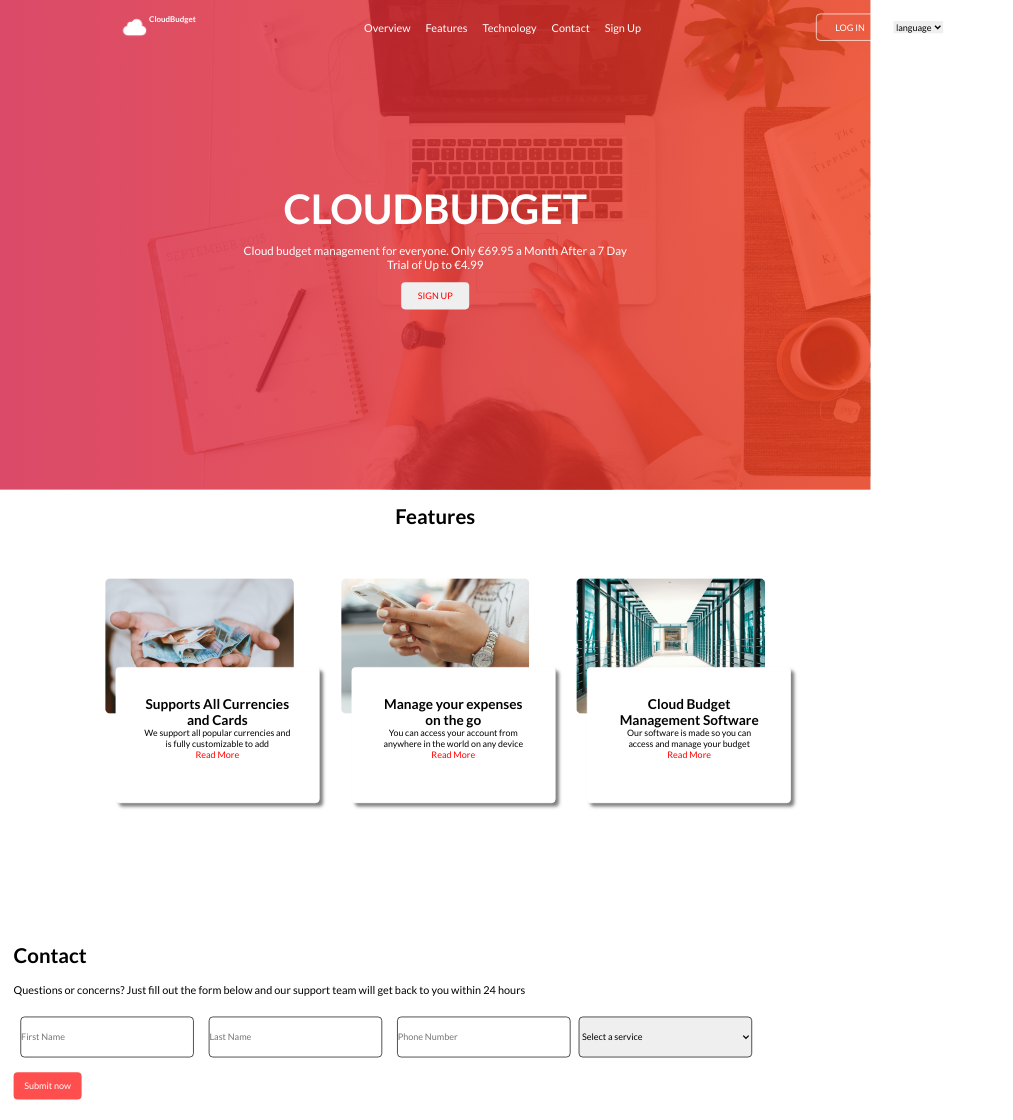
Repository: havvanurrana/website3
Page: index.html
The author's editor kept a copy of each file at every save. The page is drawn from the files as they stood at one save, then again after the next save.
The browser window is 1280 px wide. The page is 1490 px wide, so the pictures cover 1490 px, including what lies to the right of the window. The pictures show the whole page, at 68% of full size.

Above is the page before, as saved 2024-08-01 20:46:56.

### index.html
<!DOCTYPE html>
<html lang="tr">
  <head>
    <meta charset="UTF-8" />
    <meta name="viewport" content="width=device-width, initial-scale=1.0" />
    <title>CloudBudget</title>
    <link rel="stylesheet" href="style.css" />
    <link
      rel="stylesheet"
      href="https://cdnjs.cloudflare.com/ajax/libs/font-awesome/6.5.2/css/all.min.css"
      integrity="sha512-SnH5WK+bZxgPHs44uWIX+LLJAJ9/2PkPKZ5QiAj6Ta86w+fsb2TkcmfRyVX3pBnMFcV7oQPJkl9QevSCWr3W6A=="
      crossorigin="anonymous"
      referrerpolicy="no-referrer"
    />
    <link
      href="https://fonts.googleapis.com/css2?family=Lato:wght@400;700&display=swap"
      rel="stylesheet"
    />
  </head>
  <body>
    <section class="overview-section">
        <div class="linear-gradient"></div>
        <div class="content">
            <h3>CLOUDBUDGET</h3>
            <p>
                Cloud budget management for everyone. Only €69.95 a Month After a 7
                Day Trial of Up to €4.99
            </p>
            <button>SIGN UP</button>
        </div>
    </section>
    <header class="header-menu">
        <div class="markaamblem">
            <img src="assets/cloud.png" />
            <h3>CloudBudget</h3>
        </div>
        <nav class="navbar">
            <a href="#" class="navbarsect">Overview</a>
            <a href="#" class="navbarsect">Features</a>
            <a href="#" class="navbarsect">Technology</a>
            <a href="#" class="navbarsect">Contact</a>
            <a href="#" class="navbarsect">Sign Up</a>
        </nav>
        <div class="buttons">
            <button>LOG IN</button>
            <button>
                <select id="language" name="language">
                    <option value="">language</option>
                    <option value="uk">UK</option>
                    <option value="turk">Turkish</option>
                    <option value="sp">Spanish</option>
                    <option value="fr">French</option>
                </select>
            </button>
                <div class="toggle-menu">
                    <button>
                        <i class="fas fa-bars"></i>
                    </button>
                </div>
        </div>
    </header>

    <!--features kısmı -->
    <div class="featureshead">
        <h1>Features</h1>
    </div>
    <div class="features">
        <div class="featuressection">
            <div class="img">
                <img src="../assets/money.png" />
            </div>
            <div class="featurescard">
                <div>
                    <h1>Supports All Currencies and Cards</h1>
                </div>
                <div>
                    <p>
                        We support all popular currencies and is fully customizable to add
                    </p>
                </div>
                <button>Read More</button>
            </div>
      </div>
      <div class="featuressection">
          <div>
                <div class="img">
                    <img src="../assets/hand.png" />
                </div>
                <div class="featurescard">
                    <h1>Manage your expenses on the go</h1>
                        <p>
                          You can access your account from anywhere in the world on any
                          device
                        </p>
                    <button>Read More</button>
                </div>
            </div>
      </div>
          <div class="featuressection">
              <div>
                    <div class="img">
                        <img src="../assets/building.png" />
                    </div>
                    <div class="featurescard">
                          <h1>Cloud Budget Management Software</h1>
                          <p>Our software is made so you can access and manage your budget</p>
                          <button>Read More</button>
                    </div>
              </div>
          </div>
    </div>
    <!--contact kısmı-->
    <section >
        <div class="contact">
        <div class="contact-text">
            <h1>Contact</h1>
            <br><br>
            <p>
              Questions or concerns? Just fill out the form below and our support
              team will get back to you within 24 hours
            </p>
        </div>
        <div class="input">
            <input
            type="text"
            id="username"
            name="username"
            placeholder="First Name"
            />
            <input
            type="text"
            id="username"
            name="username"
            placeholder="Last Name"
            />
            <input
            type="text"
            id="username"
            name="username"
            placeholder="Phone Number"
            />

            <select id="service" name="service">
            <option value="">Select a service</option>
            <option value="service1">Service 1</option>
            <option value="service2">Service 2</option>
            <option value="service3">Service 3</option>
            <option value="service4">Service 4</option>
            </select>
            <br><br>
            <button>Submit now</button>
        </div>
    </div>
    </section>
    <script>
    </script>
  </body>
</html>

### style.css
/* genel*/
*{
   margin:0;
   padding: 0;
   box-sizing: border-box;
   outline: none;
   border: none;
   text-decoration: none;
   font-family: Lato;
}

html {
    font-size: 62.5%;
    overflow-x: hidden;
    scroll-behavior: smooth;
    scroll-padding-top: 9rem ;
 }
h1{
   font-size: 30px;
}
 /* header menu ve  amblem ve ilk ekran cssleri*/

.markaamblem{
   display: flex;
   justify-content: flex-start;
   color: white;
}

.header-menu{
   width: 1400px;
   display: flex;
   justify-content: space-between;
   align-items: center ;
   padding: 0 7%;
   margin: 2rem 7%;
   z-index: 3;
   top: 0;
   position:absolute;
}
.header-menu .markaamblem img{
   height: 4rem;
}
.header-menu .navbar a{
   margin: 0 1rem;
   font-size: 1.6rem;
   color: white;
   z-index: 2;
}
  .header-menu button{
   border: 1px , solid, rgb(255, 255, 255);
   border-radius: 6px;
   color:rgb(255, 255, 255);
   width: 100px;
   height: 40px;
   gap: 0px;
   background-color: transparent;
}
 .header-menu .buttons{
   padding-left: 10px;
   left: 1000px;
   display: flex;
   justify-content: flex-end;
 /* position: absolute;*/
}
.overview-section{
   min-height: 100vh;
   display: flex;
   text-align: center;
   align-items: center;
   justify-content: center;
   background:  url(../assets/image1.png)
   no-repeat;
   background-size: cover;
  /* margin-top: -9.5rem;*/
}

.overview-section .content {
   max-width: 60rem;
   margin: 0.5rem;
   z-index: 2;
}
.overview-section .content h3{
   font-size: 6rem;
   margin: 0.5rem;
   color: white;
}
.overview-section .content p{
   font-size: 1.7rem;
   margin: 1.5rem;
   color: white;
}
.overview-section .content button{
   border:1px;
   width: 100px;
   height: 40px;
   border-radius: 6px;
   color: red;

}

.linear-gradient{
   min-height: 100vh;
   width: 100%;
   display: flex;
   z-index: 1;
   background: linear-gradient(90deg, rgba(213, 32, 71, 0.8) 0%, rgba(238, 61, 27, 0.8) 100%);
   position: absolute;
}

/* features kısmı*/
/* başlık*/
.featureshead{
   text-align: center;
   justify-content: center;
   margin: 1rem;
   padding: 1rem;
}
/* Kartlar*/
.features{
   display: grid;
   grid-template-columns: repeat(auto-fit, minmax(30rem, 1fr));
   margin:3rem;
   padding: 0 7%;
}
.featurescard{
   border-radius:0.6rem;
   border: 1px, solid, rgb(255, 255, 255);
   width: 30rem;
   height: 20rem;
   text-align: center;
   justify-content: center;
   align-items: center;
   padding: 4rem;
   margin: 3rem;
   background-color: white;
   transform: translate(-5%,-50%);
   box-shadow: 5px 5px 5px rgba(0, 0, 0,0.5);
}
.featuressection{
   justify-content: center;
   align-items: center;
   margin: 1rem;
   padding: 2.5rem;
}
.features img{
   width: 100%;
   object-fit: cover;
}
.featurescard h1{
   font-size: 2rem;
}
.featurescard p{
   font-size: 1.3rem;
}
.featurescard button{
   border: none;
   background-color: transparent;
   color: red;
}

/*Contact kısmı */


.contact{
   display: flex;
   flex-direction: column;
  /* text-align: center;*/
   justify-content: space-between;
   margin: 2rem;
}
.contact div{

   align-items: center;
   padding: 0 7%;
   margin: 1rem;
}
.contact h1{
   font-size: 30px;
}
.contact p{
   font-size: 16px;
}
/*.contact-text{
   width: 60%;
   height: 700px;
}*/
input{
   width: 255px;
   height: 60px;
   border: 1px, solid, black;
   border-color: rgb(0, 0, 0);
   border-radius: 6px;
   margin: 1rem;
}
.contact select{
   width: 255px;
   height: 60px;
   border: 1px, solid, black;
   border-color: rgb(0, 0, 0);
   border-radius: 6px;
}
.contact button{
   width: 100px;
   height: 40px;
   border-radius: 6px;
   color: white;
   background-color: rgb(254, 78, 78);
}


/* toggle menu*/

.toggle-menu {
   display: none;
}

@media (max-width: 1200px) {
   .navbar {
       display: none;
   }
   .toggle-menu {
       display: block;
       left: 90%;
       position: absolute;
   }
}

.toggle-menu.active + .navbar {
   display: flex;
   flex-direction: column;
   position: absolute;
   top: 100%;
   left: 0;
   right: 0;
   background-color: #333;
   z-index: 1;
}

.toggle-menu button {
   background: none;
   border: none;
   color: white;
   font-size: 2rem;
}

.contact {
      flex-direction: column;
      align-items: center;
}

.contact-text, .contact div {
      width: 100%;
      padding: 0;
      margin: 1rem 0;
}

After the next save:
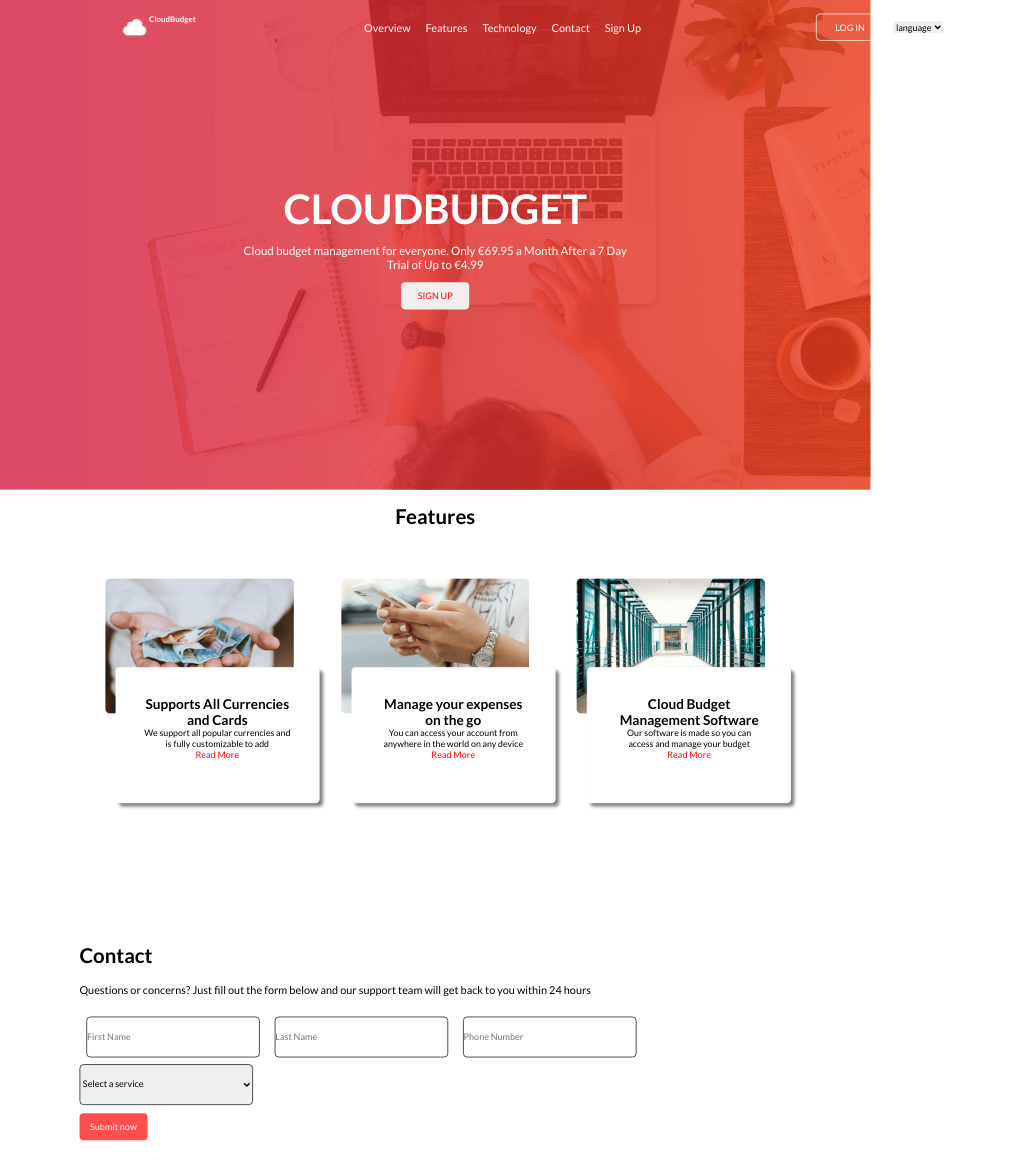
Saved 6 min 19 s later.
--- a/style.css
+++ b/style.css
@@ -242,7 +242,7 @@ input{
    color: white;
    font-size: 2rem;
 }
-
+/*
 .contact {
       flex-direction: column;
       align-items: center;
@@ -252,4 +252,4 @@ input{
       width: 100%;
       padding: 0;
       margin: 1rem 0;
-}
+}*/
